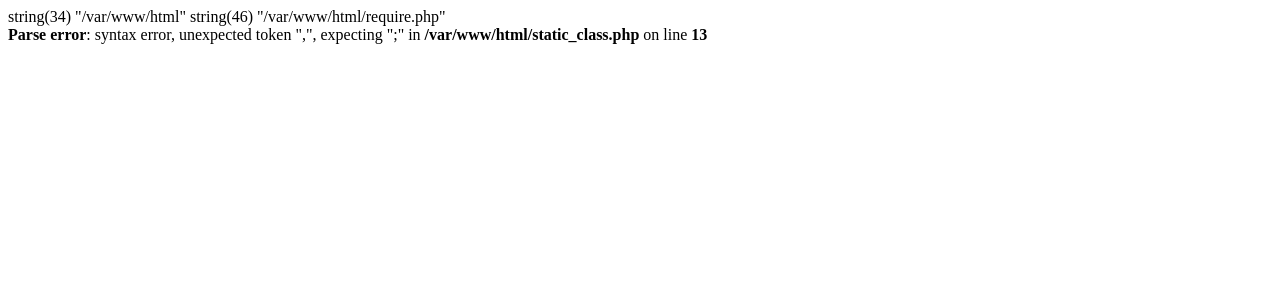
Repository: NishidaShiko/kadai
Page: http://localhost/require.php
The author's editor kept a record of every edit. The page is drawn from the files as they stood at one moment, then again after the next edit.
The browser window is 1280 px wide. The pictures show the whole page.
The page is run by PHP 8.4 with error messages shown; the project is at /var/www/html/.

Above is the page before.

After the next edit:
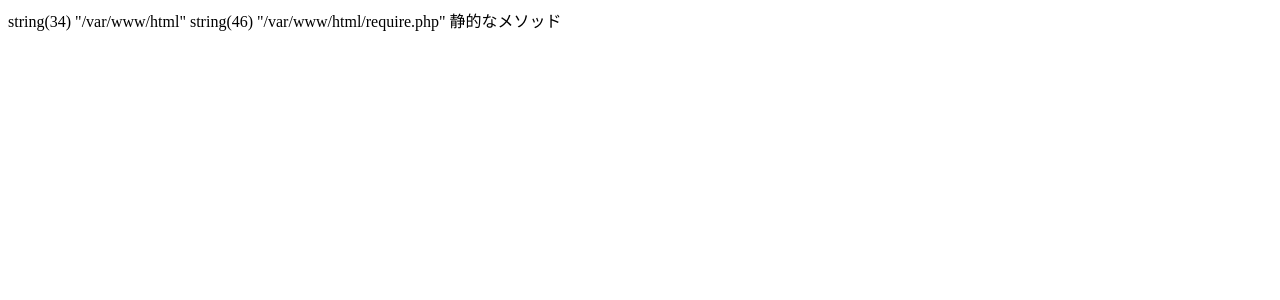
The edit:
--- a/static_class.php
+++ b/static_class.php
@@ -10,7 +10,11 @@
     }
     public static function set静的プロパティ($v)
     {
-        return static :: $静的プロパティ,
+        static ::$静的プロパティ = $v;
+    }
+    public static function get静的プロパティ()
+    {
+        return static::$静的プロパティ;
     }
 }
 
